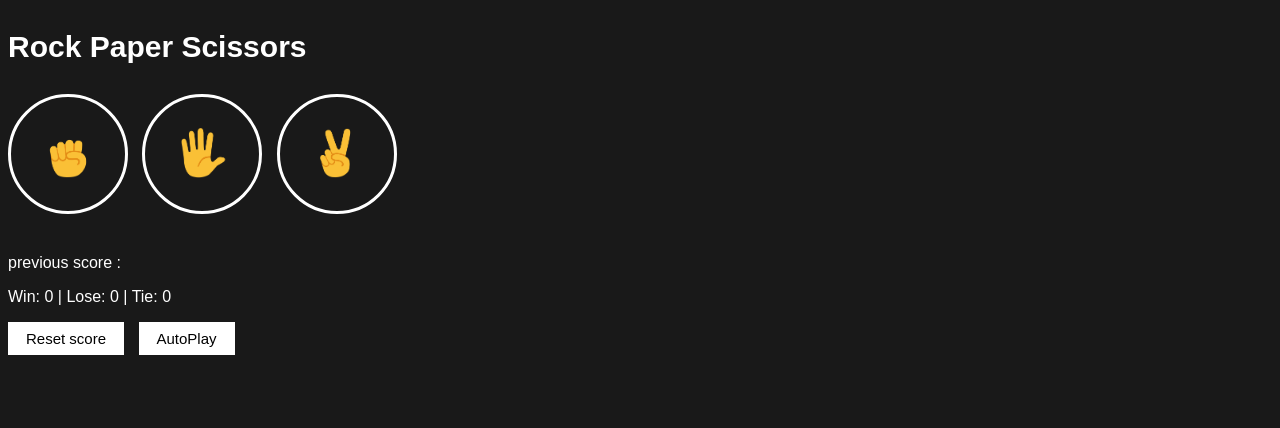
Repository: Gaurav124937/javascript
Page: html/08-rock-paper-scissors-evetlistner.html
These files come from the project's save history. The page is drawn as it stood at one moment and after a run of saves; the edit follows.
The browser window is 1280 px wide. The pictures show the whole page.

Above is the page before, as saved 2026-04-06 21:34:13.

### html/08-rock-paper-scissors-evetlistner.html
<!DOCTYPE html>
<html lang="en">

<head>
    <meta charset="UTF-8">
    <meta name="viewport" content="width=device-width, initial-scale=1.0">
    <title>Document</title>
    <link rel="stylesheet" href="../css/rock-paper-scisssor-autoplay.css">
</head>



<body>
    <p class="title">Rock Paper Scissors</p>
    <button  class="game-button rock-button">
        <img src="../images/rock-emoji.png" class="button-emoji"></button>
    <button  class="game-button paper-button">
        <img src="../images/paper-emoji.png" class="button-emoji"></button>
    <button  class="game-button scissors-button">
        <img src="../images/scissors-emoji.png" class="button-emoji"></button>
    <p class="displayresult"></p>
    <p class="choices"></p>
    <p class="js-previous-score previous"> previous score :</p>
    <p class="score-display"></p>
    <button onclick="resetScore() " class="reset-score">Reset score</button>
    <button onclick="autoPlay()" class="auto-play-button">AutoPlay</button>
    <script src="../js/rock-paper-scisssor-autoplay-eventlistner.js"></script>
</body>


</html>

### css/rock-paper-scisssor-autoplay.css
body {
    font-family: Arial, sans-serif;
    color: white;
    background-color: rgb(25, 25, 25);
}

.title {
    font-size: 30px;
    font-weight: bold;
    margin-bottom: 30px;
}

.game-button {
    width: 120px;
    height: 120px;
    border-radius: 90px;
    background-color: rgb(25, 25, 25);
    border: 3px solid white;
    margin-right: 10px;
    cursor: pointer;
}

.button-emoji {
    width: 50px;
}

.result-display {
    font-size: 25px;
    font-weight: bold;
    margin-top: 50px;
}

.choice-display {
    font-size: 15px;
    margin-top: 20px;
    vertical-align: top;
}

.previous {
    margin-top: 40px;
}

.reset-score {
    padding: 8px 18px;
    font-size: 15px;
    background-color: white;
    color: black;
    border: none;
    cursor: pointer;
}

.auto-play-button {
    padding: 8px 18px;
    font-size: 15px;
    background-color: white;
    color: black;
    border: none;
    cursor: pointer;
    margin-left: 10px;
}

### js/rock-paper-scisssor-autoplay-eventlistner.js
const score = localStorage.getItem('score') ? JSON.parse(localStorage.getItem('score')) : { win: 0, lose: 0, tie: 0 };

updateScoreElement();

//function to play the game

function ComputerChoice() {
    let randomNumber = Math.random();
    let ComputerChoice = '';
    if (randomNumber > 0 && randomNumber < 1 / 3) {
        ComputerChoice = 'rock';
    } else if (randomNumber > 1 / 3 && randomNumber < 2 / 3) {
        ComputerChoice = 'paper';
    } else {
        ComputerChoice = 'scissors';
    }
    return ComputerChoice;
}


    //main game function
        document.querySelector('.rock-button').addEventListener('click', () => playGame('rock'));
        document.querySelector('.paper-button').addEventListener('click', () => playGame('paper'));
        document.querySelector('.scissors-button').addEventListener('click', () => playGame('scissors'));


        document.body.addEventListener('keydown', (event) => {
            if (event.key === 'r' || event.key === 'R') {
                playGame('rock');
            } else if (event.key === 'p' || event.key === 'P') {
                playGame('paper');
            } else if (event.key === 's' || event.key === 'S') {
                playGame('scissors');
            }
        });



function playGame(playerChoice) {
    document.querySelector('.js-previous-score').innerHTML = '';


    let returnedComputerChoice = ComputerChoice();

    //function to compare choices and determine result
    function copmarison() {
        let result = '';
        if (playerChoice === returnedComputerChoice) {
            score.tie++;
            result = 'Tie';
        } else if (
            (playerChoice === 'rock' && returnedComputerChoice === 'scissors') ||
            (playerChoice === 'paper' && returnedComputerChoice === 'rock') ||
            (playerChoice === 'scissors' && returnedComputerChoice === 'paper')
        ) {
            score.win++;
            result = "You win.";
        } else {
            score.lose++;
            result = "You lose.";
        }
        //store score in local storage
        localStorage.setItem('score', JSON.stringify(score));
        return result;
    }




    //display results on the webpage
    const resultElement = document.querySelector('.displayresult');
    resultElement.innerText = copmarison();
    resultElement.classList.add('result-display');


    //display choices
    const choiceElement = document.querySelector('.choices');

    choiceElement.innerHTML = `You chose: <img src="../images/${playerChoice}-emoji.png" class="button-emoji"> | Computer chose: <img src="../images/${returnedComputerChoice}-emoji.png" class="button-emoji">`;
    choiceElement.classList.add('choice-display');

    //display score
    updateScoreElement();



}
//function to reset score
function resetScore() {
    score.win = 0;
    score.lose = 0;
    score.tie = 0;
    localStorage.removeItem('score');
    alert(`Scores have been reset.`);
    updateScoreElement();
    document.querySelector('.choices').innerText = '';
    document.querySelector('.displayresult').innerText = '';

}

function updateScoreElement() {
    document.querySelector('.score-display').innerText = `Win: ${score.win} | Lose: ${score.lose} | Tie: ${score.tie}`;
}


let isAutoPlaying = false;
let autoPlayInterval;
function autoPlay() {
    if(!isAutoPlaying){
        autoPlayInterval = setInterval(function(){
        let playerMove=ComputerChoice();
        playGame(playerMove);
    }, 1000);
    isAutoPlaying=true;
    }
    else{
        clearInterval(autoPlayInterval);
        isAutoPlaying=false;
    }
}

After the next 4 saves:
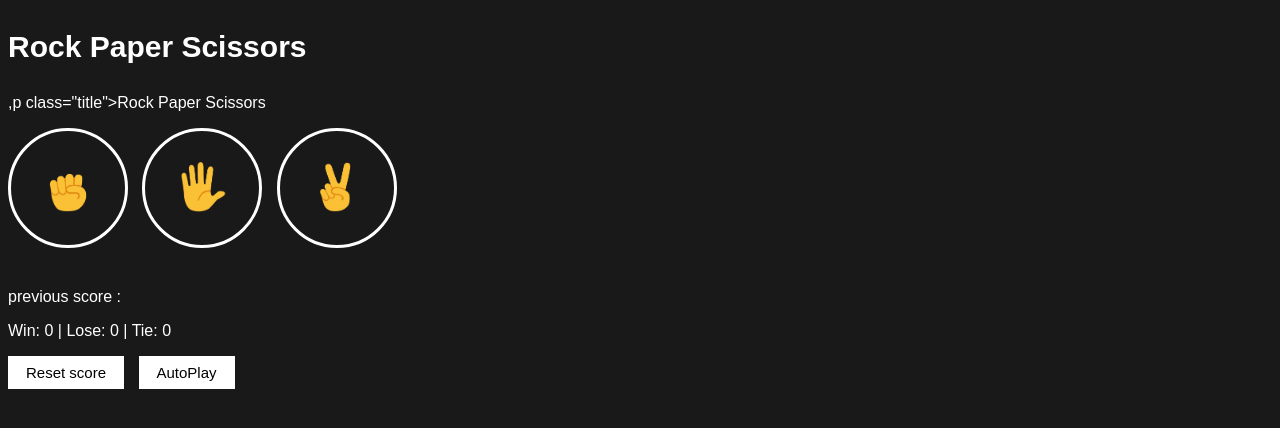
The 4 saves are shown as one change because they came seconds apart.
The last was saved 83 s later.
--- a/html/08-rock-paper-scissors-evetlistner.html
+++ b/html/08-rock-paper-scissors-evetlistner.html
@@ -12,6 +12,7 @@
 
 <body>
     <p class="title">Rock Paper Scissors</p>
+    ,p class="title">Rock Paper Scissors</p>
     <button  class="game-button rock-button">
         <img src="../images/rock-emoji.png" class="button-emoji"></button>
     <button  class="game-button paper-button">
